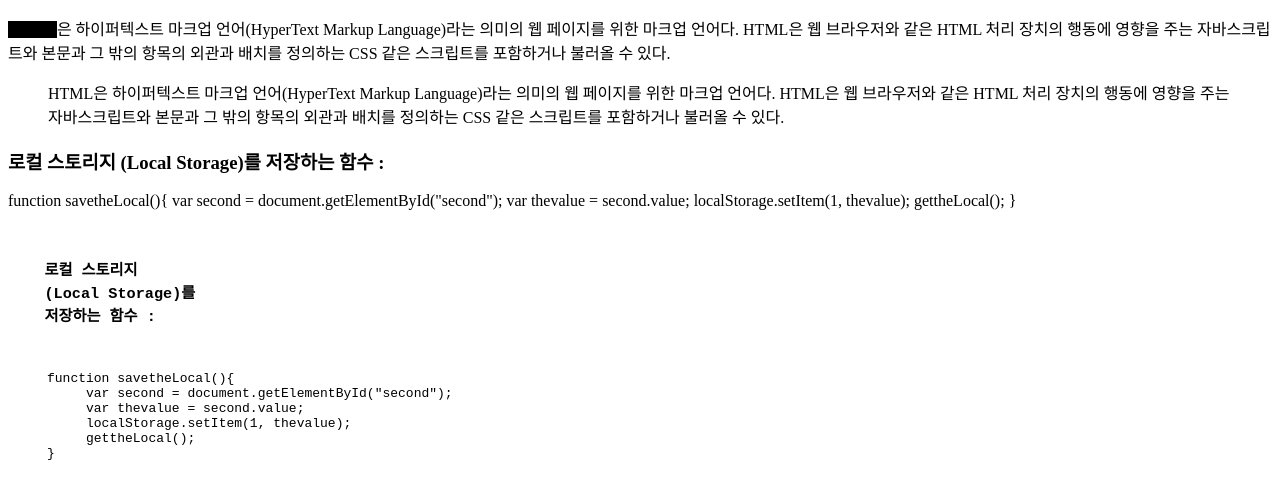
Repository: KimHeonSeung/TJE_HTML
Page: sources/day_01/WebContent/pre.html
These files come from the project's save history. The page is drawn as it stood at one moment and after the next save; the edit follows.
The browser window is 1280 px wide. The pictures show the whole page.

Above is the page before, as saved 2019-05-10 06:20:31.

### sources/day_01/WebContent/pre.html
<!DOCTYPE html>
<html>
<head>

<style>

mark{
background-color: activeborder;
font-weight: bold;
}
</style>



<meta charset="UTF-8">
<title>pre 태그</title>
</head>
<body>

<p>
 <mark>HTML</mark>은 하이퍼텍스트 마크업 언어(HyperText Markup Language)라는 의미의 웹 페이지를 위한 마크업 언어다. HTML은 웹 브라우저와 같은 HTML 처리 장치의 행동에 영향을 주는 자바스크립트와 본문과 그 밖의 항목의 외관과 배치를 정의하는 CSS 같은 스크립트를 포함하거나 불러올 수 있다.
 </p>


<!-- 약간의 들여쓰기(인용구문) 태그 -->
<blockquote cite="http://www.w3.org/TR/webstorage/#the-localstorage-attribute">
  HTML은 하이퍼텍스트 마크업 언어(HyperText Markup Language)라는 의미의 웹 페이지를 위한 마크업 언어다. HTML은 웹 브라우저와 같은 HTML 처리 장치의 행동에 영향을 주는 자바스크립트와 본문과 그 밖의 항목의 외관과 배치를 정의하는 CSS 같은 스크립트를 포함하거나 불러올 수 있다.
</blockquote>



<p>
<h3>    로컬 스토리지
    (Local Storage)를
    저장하는 함수 :  </h3>

     function savetheLocal(){
          var second = document.getElementById("second");
          var thevalue = second.value;
          localStorage.setItem(1, thevalue);
          gettheLocal();
     }
</p>



<!-- 개행,들여쓰기 등 모든게 입력한 것과 똑같이 출력된다. -->
<pre>
   <h3>    로컬 스토리지
    (Local Storage)를
    저장하는 함수 :  </h3>

     function savetheLocal(){
          var second = document.getElementById("second");
          var thevalue = second.value;
          localStorage.setItem(1, thevalue);
          gettheLocal();
     }
</pre>

</body>
</html>

After the next save:
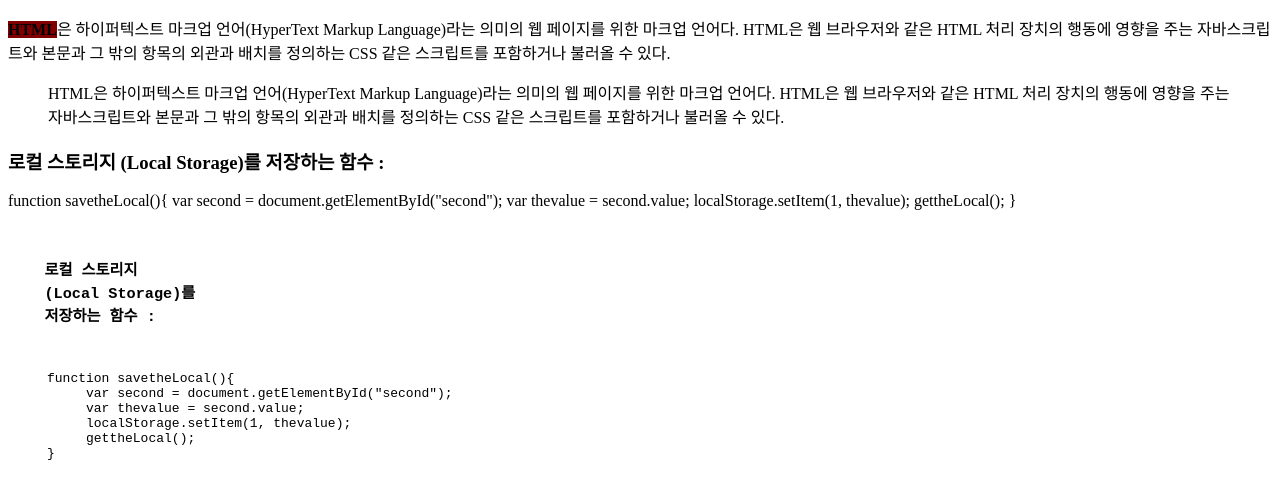
Saved 10 s later.
--- a/sources/day_01/WebContent/pre.html
+++ b/sources/day_01/WebContent/pre.html
@@ -5,7 +5,7 @@
 <style>
 
 mark{
-background-color: activeborder;
+background-color: maroon;
 font-weight: bold;
 }
 </style>
